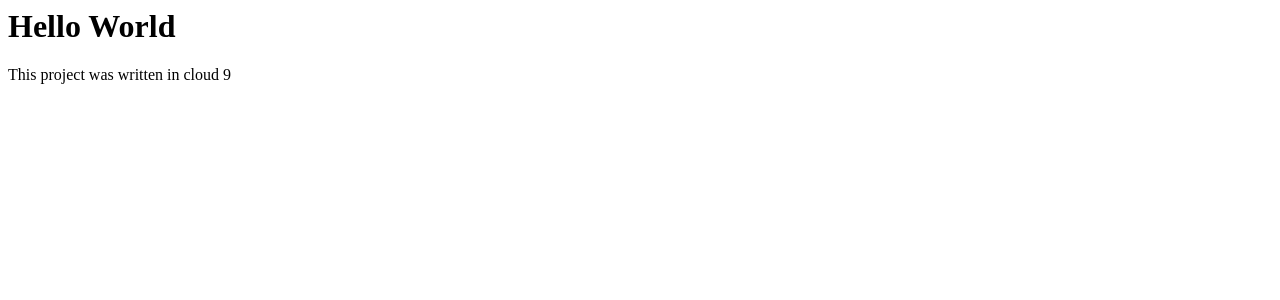
Repository: SPH73/my-first-website
Page: Stream-one.html
The author's editor kept a record of every edit. The page is drawn from the files as they stood at one moment, then again after the next edit.
The browser window is 1280 px wide. The pictures show the whole page.

Above is the page before.

After the next edit:
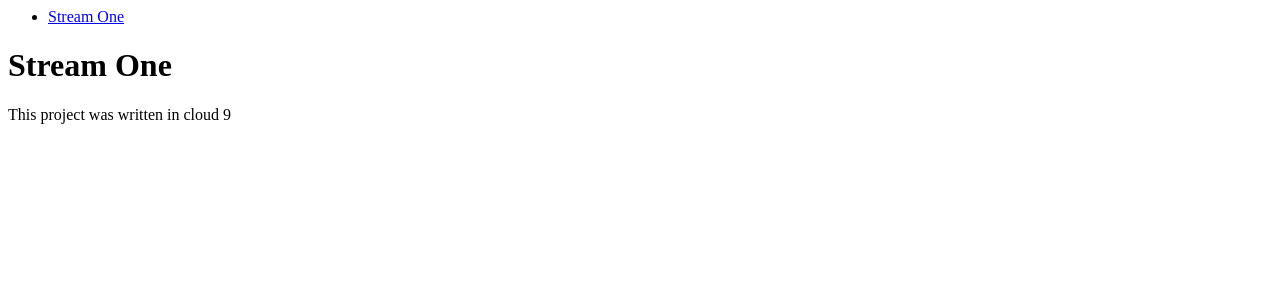
The edit:
--- a/Stream-one.html
+++ b/Stream-one.html
@@ -3,7 +3,12 @@
         <title>Hello World</title>
     </head>
     <body>
-        <h1>Hello World</h1>
+        <nav>
+            <ul>
+                <li><a href="Stream-one.html">Stream One</a></li>
+            </ul>
+        </nav>
+        <h1>Stream One</h1>
         <p>This project was written in cloud 9</p>
     </body>
 </html>
